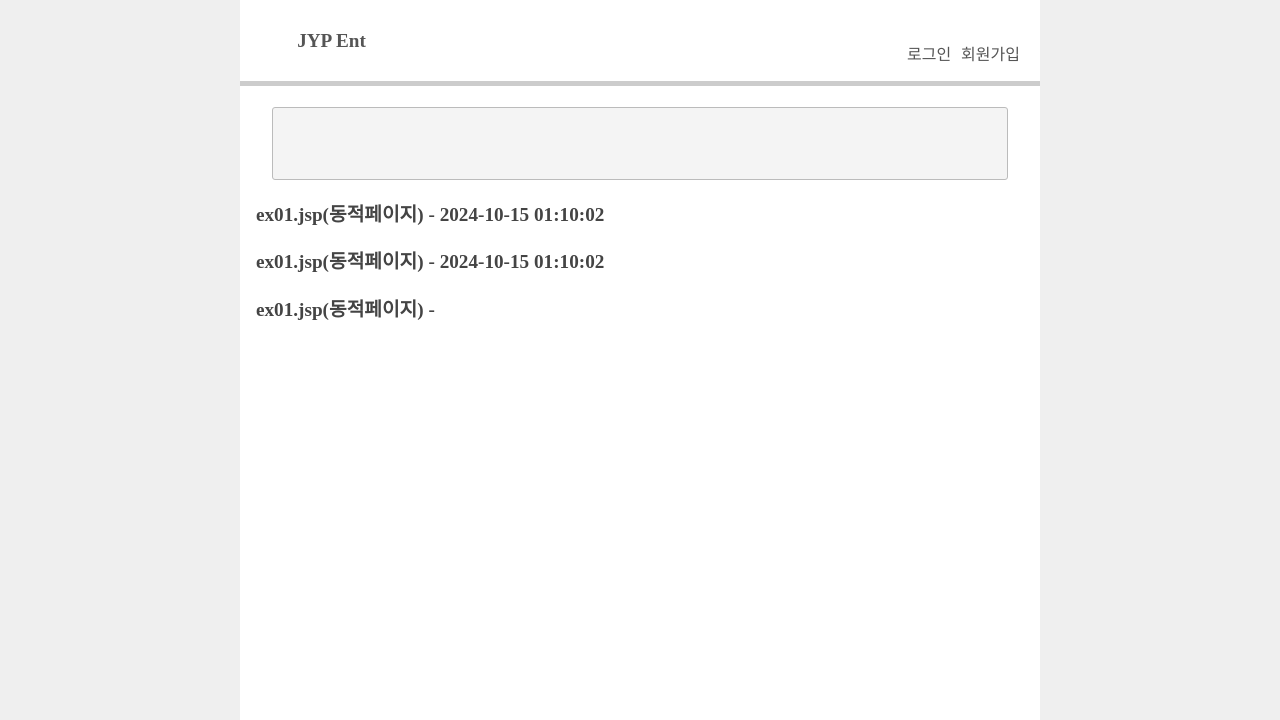
Repository: junyong231/JSP-SSIT
Page: http://localhost/jspPro/days01/ex01.jsp
The author's editor kept a copy of each file at every save. The page is drawn from the files as they stood at one save, then again after a run of saves.
The browser window is 1280 px wide. The pictures show the whole page.
Some web fonts or font styles are not loaded; a fallback is used. The page is served by Tomcat 9. Nobody is signed in. The application's start-up code is not run. Other server files are loaded and not shown.

Above is the page before, as saved 2024-10-15 03:09:45.
Console error: SyntaxError: Unexpected number

### jspPro/src/main/webapp/days01/ex01.jsp
<%@page import="java.text.SimpleDateFormat"%>
<%@page import="java.util.Date"%>
<%@ page contentType="text/html; charset=UTF-8" pageEncoding="UTF-8"%>
<%
	//스크립트릿
	//이 안에는 Java 코딩하면 됨.. (변수, 제어문)
	Date now = new Date();

	// 2024-10-15 11:10:45 형식으로 출력
	String pattern = "yyyy-MM-dd hh:mm:ss";
	SimpleDateFormat sdf = new SimpleDateFormat(pattern);
	String strNow = sdf.format(now);
	//System.out.printf("> strNow : %s\n",strNow);



%>
<!DOCTYPE html>
<html>
<head>
<meta charset="UTF-8">
<title>Insert title here</title>
<link rel="shortcut icon" type="image/x-icon" href="http://localhost/jspPro/images/SiSt.ico">
<script src="https://ajax.googleapis.com/ajax/libs/jquery/3.7.1/jquery.min.js"></script>
<meta name="viewport" content="width=device-width, initial-scale=1.0">
<meta name="google" content="notranslate">
<link rel="stylesheet" href="http://localhost/jspPro/resources/cdn-main/example.css">
<script src="http://localhost/jspPro/resources/cdn-main/example.js"></script>
<style>
 span.material-symbols-outlined{
    vertical-align: text-bottom;
 }
</style>
</head>
<body>
<header>
  <h1 class="main"><a href="#" style="position: absolute;top:30px;">JYP Ent</a></h1>
  <ul>
    <li><a href="#">로그인</a></li>
    <li><a href="#">회원가입</a></li>
  </ul>
</header>
<div>
  <xmp class="code">

  </xmp>
  <h3>ex01.jsp(동적페이지) - <%= strNow  %></h3>
  <!-- %=  % :  표현식 -->
  <!-- 바뀌는 내용이 없다면(정적) html로 만드는 것이 좋다 -->

    <h3>ex01.jsp(동적페이지) - <% out.print(strNow);  %></h3>
    <h3>ex01.jsp(동적페이지) - <span id=now></span></h3>
</div>
<script>
	let now = <%= strNow %>;
	$("#now").html(now);
</script>
</body>
</html>

### jspPro/src/main/webapp/resources/cdn-main/example.css
@charset "UTF-8";

@import url('https://fonts.googleapis.com/css2?family=Material+Symbols+Outlined:opsz,wght,FILL,GRAD@20..48,100..700,0..1,-50..200');

@font-face {
    font-family: 'GmarketSansMedium';
    src: url('https://cdn.jsdelivr.net/gh/projectnoonnu/noonfonts_2001@1.1/GmarketSansMedium.woff') format('woff');
    font-weight: normal;
    font-style: normal;
}

:root {
	--text-color: #555;
	--sub-text-color: #777;
	--back-color: #EFEFEF;
	--header-color: #444;
	--primary-color: #DEDEDE;
	--secondary-color: #EFEFEF;
	--default-width: 800px;
	--narrow-width: 500px;
	--wide-width: 1200px;
	--text-font: 'GmarketSansMedium';
	--icon-font: 'Material Symbols Outlined';
	--border-color: #CCC;
}

html, body {
	margin: 0;
	padding: 0;
}

html {
	background-color: var(--back-color);
	display: flex;
	justify-content: center;
	min-height: 100vh;
}

body, body.default {
	width: var(--default-width);
	background-color: white;
	padding-bottom: 120px;
}

body.wide {
	width: var(--wide-width);
}

body.narrow {
	width: var(--narrow-width);
}



body, p, div, span, a, input, select, option, textarea, button, table, th, td, label, fieldset, legend {
	font-family: var(--text-font);
	color: var(--text-color);
}

h1, h2, h3 {
	font-family: var(--text-font);
	color: var(--header-color);
	padding: 0 1rem;
	padding-top: .5rem;
}

div > h1, div > h2, div > h3 {
	padding: 0;
}

body > div, body > main > div {
	padding: 0.3rem 1rem;
}


h1 { font-size: 2rem; border-bottom: 1px solid var(--border-color); }
h1 small { font-size: 1.2rem; color: var(--sub-text-color); }
h2 { font-size: 1.5rem; border-bottom: 1px dashed var(--border-color); }
h2 small { font-size: 1.1rem; color: --sub-text-color; }
h3 { font-size: 1.2rem; }
h3 small { font-size: 1rem; color: --sub-text-color; }



h1.main::before {
	font-family: var(--icon-font);
  	content: '\e666';
  	margin-right: 10px;
  	float: left;
	font-size: 2.5rem;
}

h1.sub::before {
	font-family: var(--icon-font);
  	content: '\ea19';
  	margin-right: 10px;
  	float: left;
	font-size: 2.5rem;
}


h1.page::before {
	font-family: var(--icon-font);
  	content: '\e0e0';
  	margin-right: 10px;
  	float: left;
	font-size: 2.5rem;
}

body > header > ul > li > .active{
	background-color: #FFF;
	color:#F00;
}

body > header {
	display: flex;
	justify-content: space-between;
	border-bottom: 5px solid var(--border-color);
	min-height: 74px;
	background-color: #FFF;
}

body > header.sticky {
	position: sticky;
	top: 0;
	z-index: 98;
}

body > header > h1 {
	font-size: 1.2rem;
	border: 0;
}

body > header.in > h1::before {
	font-family: var(--icon-font);
  	content: '\e332‥';
  	margin-right: 3px;
  	float: left;
	font-size: 2rem;
}


body > header > ul {
	list-style-type: none;
	display: flex;
	align-items: flex-end;
	margin-right: 10px;
}

body > header > ul > li {
	margin-right: 10px;
	cursor: pointer;
}

body > header > ul > li > a {
	cursor: pointer;
}


form {
	display: block;
}

form > div {
	padding: 0.3rem 1rem;
}

div > form > div {
	padding: 0.3rem 0;
}

input, textarea, button, select {
	border: 1px solid #BBB;
	border-radius: 3px;
	outline: none;
	resize: none;
	padding: 7px;
	margin: 0;
}

input[type=text]:read-only, textarea:read-only {
	cursor: not-allowed;
	background-color: #FFF;
}

input[type=text]:disabled, textarea:disabled {
	cursor: not-allowed;
	background-color: #EEE;
}

input[type=text], input[type=password], textarea, button, select {
	/* width: 300px; */
}

textarea {
	display: block;
	height: 100px;
}

input[type=button], input[type=submit], button {
	/* width: inherit; */
}

input.short, textarea.short, button.short, select.short {
	width: 100px;
}

input.long, textarea.long, button.long, select.long {
	width: 350px;
}

.narrow input.long, .narrow textarea.long, .narrow button.long, .narrow select.long {
	width: calc(100% - 20px);
}

input.full, textarea.full, button.full, select.full {
	width: calc(100% - 20px);
}

textarea.short {
	height: 50px;
}

textarea.long {
	height: 100px;
}

textarea.full {
	height: 200px;
}

input, textarea {
	padding-top: 8px;
}

input[type=button], input[type=submit], button {
	padding: 5px 10px;
	background-color: var(--secondary-color);
	cursor: pointer;
	min-height: 36px;
}

input[type=button].primary, input[type=submit].primary, button.primary {
	/* background-color: rgba(100, 149, 237, .2); */
	background-color: var(--primary-color);
}

input[type=button].primary:hover, input[type=submit].primary:hover, button.primary:hover {
	/* background-color: rgba(100, 149, 237, .3); */
	background-color: var(--secondary-color);
}

input[type=button]:hover, input[type=submit]:hover, button:hover {
	background-color: var(--primary-color);
}

button {
	position: relative;
	left: 0;
	top: 0;
	padding-left: 35px;
}

button .material-symbols-outlined {
	position: absolute;
	left: 10px;
	top: 4px;
}

/* k2nik add */
button.login::before {
	font-family: var(--icon-font);
  	content: '\ea77';
	position: absolute;
	left: 11px;
	top: 4px;
	font-size: 1.25rem;
}

/* k2nik logout */
button.logout::before {
	font-family: var(--icon-font);
  	content: '\e9ba';
	position: absolute;
	left: 11px;
	top: 4px;
	font-size: 1.25rem;
}

/* k2nik help */
button.help::before {
	font-family: var(--icon-font);
  	content: '\f1c0';
	position: absolute;
	left: 11px;
	top: 4px;
	font-size: 1.25rem;
}

button.add::before{
	font-family: var(--icon-font);
  	content: '\e746';
	position: absolute;
	left: 11px;
	top: 4px;
	font-size: 1.25rem;
}

button.back::before {
	font-family: var(--icon-font);
  	content: '\e166';
	position: absolute;
	left: 11px;
	top: 4px;
	font-size: 1.25rem;
}

button.list::before {
	font-family: var(--icon-font);
  	content: '\e0ee';
	position: absolute;
	left: 11px;
	top: 4px;
	font-size: 1.25rem;
}


button.del::before {
	font-family: var(--icon-font);
  	content: '\e872';
	position: absolute;
	left: 11px;
	top: 4px;
	font-size: 1.25rem;
}


button.edit::before {
	font-family: var(--icon-font);
  	content: '\e745';
	position: absolute;
	left: 11px;
	top: 4px;
	font-size: 1.25rem;
}


button.login::before {
	font-family: var(--icon-font);
  	content: '\ea77';
	position: absolute;
	left: 11px;
	top: 4px;
	font-size: 1.25rem;
}


button.logout::before {
	font-family: var(--icon-font);
  	content: '\e9ba';
	position: absolute;
	left: 11px;
	top: 4px;
	font-size: 1.25rem;
}


button.in::before {
	font-family: var(--icon-font);
  	content: '\f71a';
	position: absolute;
	left: 11px;
	top: 4px;
	font-size: 1.25rem;
}


button.out::before {
	font-family: var(--icon-font);
  	content: '\f70e';
	position: absolute;
	left: 11px;
	top: 4px;
	font-size: 1.25rem;
}


button.reply::before {
	font-family: var(--icon-font);
  	content: '\e15e';
	position: absolute;
	left: 11px;
	top: 4px;
	font-size: 1.25rem;
}


button.comment::before {
	font-family: var(--icon-font);
  	content: '\e0b9';
	position: absolute;
	left: 11px;
	top: 4px;
	font-size: 1.25rem;
}


button.modal::before {
	font-family: var(--icon-font);
  	content: '\e89e';
	position: absolute;
	left: 11px;
	top: 4px;
	font-size: 1.25rem;
}


button.ok::before {
	font-family: var(--icon-font);
  	content: '\e86c';
	position: absolute;
	left: 11px;
	top: 4px;
	font-size: 1.25rem;
}


button.cancel::before {
	font-family: var(--icon-font);
  	content: '\e5c9';
	position: absolute;
	left: 11px;
	top: 4px;
	font-size: 1.25rem;
}

button.search::before {
	font-family: var(--icon-font);
  	content: '\e8b6';
	position: absolute;
	left: 11px;
	top: 4px;
	font-size: 1.25rem;
}

button.home::before {
	font-family: var(--icon-font);
  	content: '\e88a';
	position: absolute;
	left: 11px;
	top: 4px;
	font-size: 1.25rem;
}


button.sidebar::before {
	font-family: var(--icon-font);
  	content: '\f7e4';
	position: absolute;
	left: 11px;
	top: 4px;
	font-size: 1.25rem;
}


button.sidebar-right::before {
	font-family: var(--icon-font);
  	content: '\f7e5';
	position: absolute;
	left: 11px;
	top: 4px;
	font-size: 1.25rem;
}




button::before {
	font-family: var(--icon-font);
  	content: '\e323';
	position: absolute;
	left: 11px;
	top: 4px;
	font-size: 1.25rem;
}


table {
	border-collapse: collapse;
	margin: 1rem;
	box-sizing: border-box;
	width: calc(100% - 32px);
}

table.content {
	width: auto;
}

div > table {
	margin: 0;
}

table th, table td {
	border: 1px solid var(--border-color);
	padding: 7px;
	font-weight: normal;
}

table th {
	background-color: var(--back-color);
}

table.vertical th {
	width: 150px;
}

table.vertical td {
	width: calc(100% - 182px);
	padding-left: 10px;
}

table.content td, table.content th {
	width: auto;
}

body.narrow table.vertical th {
	width: 100px;
}

body.narrow table.vertical td {
	width: calc(100% - 182px);
}


table + table {
	margin-top: 30px;
}


p {
	padding: 0 1rem;
}

a {
	text-decoration: none;
}

a:hover {
	color: rgba(255, 99, 71, .7);
}

hr {
	border: 0;
	border-top: 1px solid var(--border-color);
	margin: 2rem 0;
}

.message {
	border: 1px solid var(--border-color);
	background-color: #EFEFEF;
	margin: 1rem;
	width: auto;
	padding-top: 10px;
	padding-bottom: 10px;
	font-size: 14px;
}

.message[title]::before {
	content: attr(title);
	display: block;
	border-bottom: 1px solid var(--border-color);
	padding-bottom: 5px;
	margin-bottom: 10px;
	margin-top: 7px;
}

.message.short {
	max-width: 250px;
}

.message.long {
	max-width: 500px;
}

.badge {
	float: right;
	font-size: .8rem;
	margin-top: 2px;
	margin-right: 2px;
	text-shadow: 0 0 7px gray;
}

.badge.left {
	float: none;
	margin-left: 2px;
}

.badge.right {
	float: right;
}

.badge.red {
	border-radius: 50%;
	padding: 2px 5px;
	background-color: rgb(255, 99, 71, .3);
}

.badge.yellow {

	border-radius: 50%;
	padding: 2px 5px;
	background-color: rgb(255, 215, 0, .5);
}

.badge.blue {
	border-radius: 50%;
	padding: 2px 5px;
	background-color: rgb(100, 149, 237, .3);
}

label + label {
	margin-left: 7px;
}

label input[type=checkbox], label input[type=radio] {
	transform: translate(0, 1px);
}

.group {
	display: flex;
}

.modal-content .group {
	margin-bottom: .5rem;
}

.group label {
	border: 1px solid #BBB;
	border-radius: 3px;
	outline: none;
	resize: none;
	padding: 7px 14px;
	margin: 0;
	border-top-right-radius: 0;
	border-bottom-right-radius: 0;
	background-color: #EFEFEF;
	white-space: nowrap;
	font-size: 14px;
}

.group input[type=text] {
	margin-left: -1px;
	border-top-left-radius: 0;
	border-bottom-left-radius: 0;
}

.group select {
	margin-left: -1px;
	border-top-left-radius: 0;
	border-bottom-left-radius: 0;
}

.group input.full[type=text] {
	margin-left: -1px;
	border-top-left-radius: 0;
	border-bottom-left-radius: 0;
	width: 100%;
}

.group input[type=button]:first-child, .group button:first-child {
	border-top-left-radius: 3px;
	border-bottom-left-radius: 3px;
	margin-left: 0px;
}

.group input[type=button], .group button {
	border-radius: 0;
	margin-left: -1px;
}

.group input[type=button]:last-child, .group button:last-child {
	margin-left: -1px;
	border-top-right-radius: 3px;
	border-bottom-right-radius: 3px;
}

.seperate {
	display: flex;
	justify-content: space-between;
}

div.list {
	width: max-content;
	margin: 1rem;
	border: 1px solid #BBB;
	border-radius: 3px;
	padding: 0;
}

div.list.full {
	width: auto;
	display: block;
	margin: 1rem;
	border: 1px solid #BBB;
	border-radius: 3px;
	padding: 0;
}

div.list > div {
	padding: .5rem 1rem;
	margin: 0;
	border-bottom: 1px solid #BBB;
}

div.list > div:last-child {
	border-bottom: 0;
}

pre.code , xmp.code{
	font-family: consols;
	background-color: rgba(150, 150, 150, .1);
	border: 1px solid #BBB;
	border-radius: 3px;
	padding: .5rem 1rem;
	padding-bottom: .6rem;
	margin: 1rem;
}




*[data-modal-window] {
	position: fixed;
	background-color: rgba(0, 0, 0, .3);
	left: 0;
	top: 0;
	display: none;
	justify-content: center;
	align-items: flex-start;
	width: 100%;
	min-height: 100vh;
	z-index: 100;
	opacity: 0;
	transition: 500ms all;
}

*[data-modal-window] .modal-container {
	border-radius: 5px;
	padding: 1rem;
	padding-bottom: .5rem;
	margin-top: -500px;
	opacity: 0;
	width: 500px;
	background-color: #FFF;
	margin-right: 2rem;
	transition: 500ms all;
}

*[data-modal-size=content] .modal-container {
	width: auto;
}

*[data-modal-size=narrow] .modal-container {
	width: 300px;
}

*[data-modal-size=wide] .modal-container {
	width: 760px;
}


*[data-modal-window] .modal-header {
	border-bottom: 1px solid var(--border-color);
	padding: 2px 5px;
}

*[data-modal-window] .modal-content {
	padding: 1rem 5px;
}

*[data-modal-window] .modal-content div:last-child {
	margin-top: 1rem;
	text-align: right;
}



*[data-sidebar-window] {
	position: fixed;
	background-color: #FFF;
	left: 0;
	top: 0;
	display: block;
	width: 300px;
	border-right: 1px solid var(--border-color);
	box-sizing: border-box;
	box-shadow: 0 0 3px var(--back-color);
	min-height: 100vh;
	z-index: 99;
	transform: translate(-300px, 0);
	transition-duration: 500ms;
	transition-property: transform;
}

*[data-sidebar-direction=right] {
	left: auto;
	right: 0;
	transform: translate(300px, 0);
	border-left: 1px solid var(--border-color);
}

*[data-sidebar-size=wide] {
	width: 500px;
	transform: translate(-500px, 0);
}

*[data-sidebar-window] .sidebar-title {
	border-bottom: 1px solid var(--border-color);
	margin-top: 20px;
	margin-bottom: 20px;
	padding-bottom: 5px;
	display: flex;
	justify-content: space-between;
}

*[data-sidebar-window] .sidebar-title span:last-child {
	cursor: pointer;
}


/* K2Nik pagination */
.center {
  text-align: center;
}

.pagination {
  display: inline-block;
}

.pagination a {
  color: black;
  float: left;
  padding: 3px 6px;
  text-decoration: none;
  transition: background-color .3s;
  border: 1px solid #ddd;
  margin: 0 3px;
}

.pagination a.active {
  background-color: #4CAF50;
  color: white;
  border: 1px solid #4CAF50;
}

.pagination a:hover:not(.active) {background-color: #ddd;}

### jspPro/src/main/webapp/resources/cdn-main/example.js

window.onload = () => {

    const list = document.querySelectorAll('input, textarea');

    list.forEach(item => {
        item.setAttribute('autocomplete', 'off');
    });


    const modal_btn_list = document.querySelectorAll('*[data-modal-button]');

    modal_btn_list.forEach(item => {
        item.onclick = function() {

            const name = this.dataset['modalButton'];
            const modal_window = document.querySelector('*[data-modal-window=' + name);

            const container = document.createElement('div');
            container.className = 'modal-container';



            const modal_header = document.createElement('div');
            modal_header.textContent = modal_window.dataset['modalTitle'];
            modal_header.className = 'modal-header';
            container.appendChild(modal_header);

            const modal_content = document.createElement('div');
            modal_content.className = 'modal-content';
            container.appendChild(modal_content);

            Array.from(modal_window.childNodes).forEach(item => {
                modal_content.appendChild(item);
            });

            modal_window.appendChild(container);

            modal_window.style.display = 'flex';

            setTimeout(() => {
                modal_window.style.opacity = 1;
                container.style.marginTop = '20px';
                container.style.opacity = 1;
            }, 50);


            const modal_ok = document.querySelector('*[data-modal-ok=' + name);
            modal_ok.addEventListener('click', function() {
                modal_window.style.opacity = 0;
                container.style.marginTop = '-500px';
                container.style.opacity = 0;

                setTimeout(() => {
                    modal_window.innerHTML = modal_content.innerHTML;
                    modal_window.style.display = 'none';
                }, 500);

            });

            const modal_cancel = document.querySelector('*[data-modal-cancel=' + name);
            modal_cancel.addEventListener('click', function() {

                modal_window.style.opacity = 0;
                container.style.marginTop = '-500px';
                container.style.opacity = 0;

                setTimeout(() => {
                    modal_window.innerHTML = modal_content.innerHTML;
                    modal_window.style.display = 'none';
                }, 500);
            });


        };
    });


    const sidebar_btn_list = document.querySelectorAll('*[data-sidebar-button]');

    sidebar_btn_list.forEach(item => {
        item.onclick = function() {



            const name = this.dataset['sidebarButton'];
            const sidebar_window = document.querySelector('*[data-sidebar-window=' + name);

            if (sidebar_window.style.transform == 'translate(0px, 0px)') return;



            sidebar_window.style.transform = 'translate(0, 0)';

            const sidebar_title = document.createElement('div');
            sidebar_title.className = 'sidebar-title';
            sidebar_title.innerHTML = '<span>' + sidebar_window.dataset['sidebarTitle'] + '</span><span class="material-symbols-outlined">close</span>';

            sidebar_title.children[1].onclick = function() {

                let sign = 1;
                let distance = 300;

                if (sidebar_window.dataset['sidebarDirection'] != 'right') {
                    sign = -1;
                } else {
                    sign = 1;
                }

                if (sidebar_window.dataset['sidebarSize'] != 'wide') {
                    distance = 300;
                } else {
                    distance = 500;
                }

                distance *= sign;

                sidebar_window.style.transform = 'translate(' + distance + 'px, 0)';

                setTimeout(function() {
                    sidebar_window.removeChild(sidebar_window.children[0]);
                }, 500);
            };


            sidebar_window.prepend(sidebar_title);

        }
    });

};

// window.onkeydown = function(event) {

//     if (event.keyCode == 27) {
//         if (document.querySelector('[data-modal-window').style.display == 'flex') {
//             document.querySelector('[data-modal-window').style.display = 'none';
//         }
//     }

// };

After the next 2 saves:
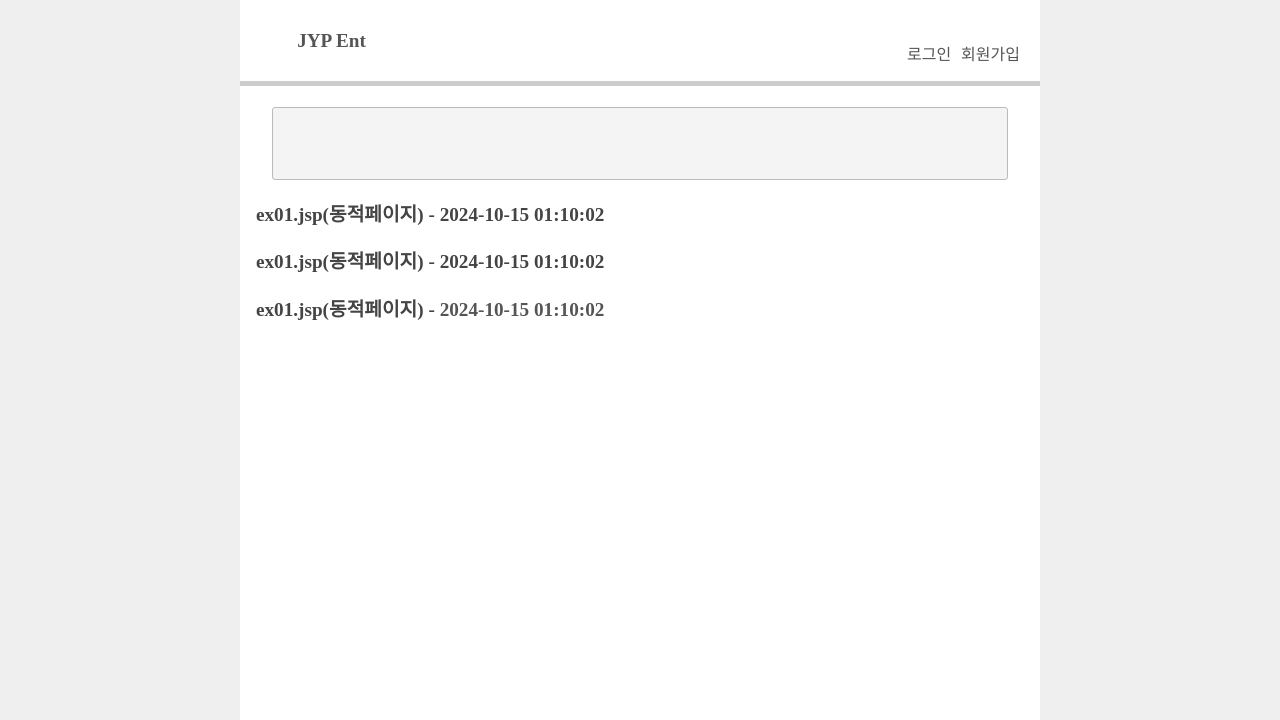
The error is gone.
The 2 saves are shown as one change because they came seconds apart.
The last was saved 65 s later.
--- a/jspPro/src/main/webapp/days01/ex01.jsp
+++ b/jspPro/src/main/webapp/days01/ex01.jsp
@@ -52,7 +52,7 @@
     <h3>ex01.jsp(동적페이지) - <span id=now></span></h3>
 </div>
 <script>
-	let now = <%= strNow %>;
+	let now = "<%= strNow %>";
 	$("#now").html(now);
 </script>
 </body>
